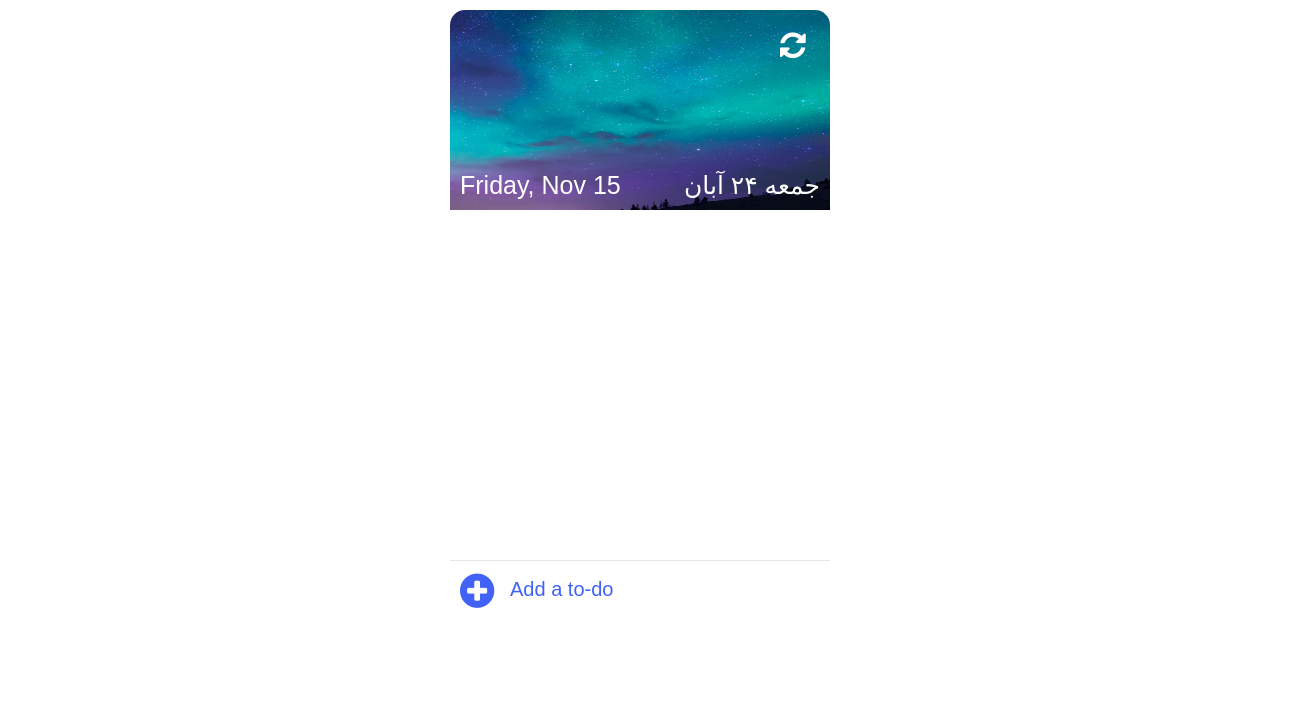
Repository: abouzarSoleymani/todo-js
Page: index.html
An editor plug-in stored every save of this project. The page is shown before and after the next save, followed by the edit.
The browser window is 1280 px wide. The page is 1280 px wide, then 1300 px, so the pictures cover 1300 px, including what lies to the right of the window. The pictures show the whole page.

Above is the page before, as saved 2019-11-15 13:46:00.

### index.html
<!-- CODE EXPLAINED CHANNEL -->
<!DOCTYPE html>
<html lang="en">
<head>
    <meta charset="UTF-8">
    <title>JavaScript - To Do List</title>
    <link href="https://fonts.googleapis.com/css?family=Roboto|Signika&display=swap" rel="stylesheet">
        <link rel="stylesheet" href="css/font-awesome.css">
    <link rel="stylesheet" href="css/style.css">
</head>
<body>
    <div class="container">
        <div class="header">
            <div class="clear">
                <i class="fa fa-refresh"></i>
            </div>
            <div id="date"></div>
            <div id="date-fa"></div>
        </div>
        <div class="content">
            <ul id="list">
               <!--
                <li class="item">
                    <i class="fa fa-circle-thin co" job="complete" id="0"></i>
                    <p class="text">Drink Coffee</p>
                    <i class="fa fa-trash-o de" job="delete" id="0"></i>
                </li> -->
            </ul>
        </div>
        <div class="add-to-do">
            <i class="fa fa-plus-circle"></i>
            <input type="text" id="input" placeholder="Add a to-do">
        </div>
    </div>
    <script src="js/app.js"></script>
</body>
</html>

### css/style.css
/* ------------ youtube.com/CodeExplained ------------ */
body{
    padding: 0;
    margin: 0;
    background-color: rgba(255, 255, 255, 0.1);
    font-family: 'Roboto', sans-serif;
    height: 100vh;
}

/* ------------ container ------------ */
.container{
    padding:10px;
    width:380px;
    margin:0 auto;
}

/* ------------ header ------------ */
.header{
    width: 380px;
    height:200px;
    background-image: url('../img/bg2.jpg');
    background-size: 100% 200%;
    background-repeat: no-repeat;
    border-radius: 15px 15px 0 0;
    position: relative;
}
.clear{
    width : 30px;
    height: 30px;
    position: absolute;
    right:20px;
    top: 20px;
}
.clear i{
    font-size: 30px;
    color: #FFF;
}
.clear i:hover{
    cursor: pointer;
    text-shadow: 1px 3px 5px #000;
    transform: rotate(45deg);
}
#date{
    position: absolute;
    bottom: 10px;
    left: 10px;
    color: #FFF;
    font-size: 25px;
    font-family: 'Titillium Web', sans-serif;
}
#date-fa{
    position: absolute;
    bottom: 10px;
    right: 10px;
    color: #FFF;
    font-size: 25px;
    font-family: 'Titillium Web', sans-serif;
}

/* ------------ content ------------ */
.content{
    width:380px;
    height: 350px;
    max-height:350px;
    background-color: #FFF;
    overflow: auto;
}
.content::-webkit-scrollbar {
    display: none;
}
.content ul{
    padding:0;
    margin:0;
}
.item{
    width:380px;
    height: 45px;
    min-height: 45px;
    position: relative;
    border-bottom: 1px solid rgba(0,0,0,0.1);
    list-style: none;
    padding: 0;
    margin: 0;
}
.item i.co{
    position: absolute;
    font-size: 25px;
    padding-left:5px;
    left:15px;
    top:10px;
}
.item i.co:hover{
    cursor: pointer;
}
.fa-check-circle{
    color:#6eb200;
}
.item p.text{
    position: absolute;
    padding:0;
    margin:0;
    font-size: 20px;
    left:50px;
    top:5px;
    background-color: #FFF;
    max-width:285px;
}
.lineThrough{
    text-decoration: line-through;
    color : #ccc;
}
.item i.de{
    position: absolute;
    font-size: 25px;
    right:15px;
    top:10px;
}
.item i.de:hover{
    color:#af0000;
    cursor: pointer;
}
/* ------------ add item ------------ */
.add-to-do{
    position: relative;
    width: 360px;
    height:40px;
    background-color: #FFF;
    padding: 10px;
    border-top: 1px solid rgba(0,0,0,0.1);
}
.add-to-do i{
    position: absolute;
    font-size: 40px;
    color: #4162f6;
}

.add-to-do input{
    position: absolute;
    left: 50px;
    height: 35px;
    width: 310px;
    background-color: transparent;
    border: none;
    font-size: 20px;
    padding-left:10px;
}
.add-to-do input::-webkit-input-placeholder { /* Chrome/Opera/Safari */
    color: #4162f6;
    font-family: 'Titillium Web', sans-serif;
    font-size: 20px;
}
.add-to-do input::-moz-placeholder { /* Firefox 19+ */
    color: #4162f6;
    font-family: 'Titillium Web', sans-serif;
    font-size: 20px;
}
.add-to-do input:-ms-input-placeholder { /* IE 10+ */
    color: #4162f6;
    font-family: 'Titillium Web', sans-serif;
    font-size: 20px;
}
.add-to-do input:-moz-placeholder { /* Firefox 18- */
    color: #4162f6;
    font-family: 'Titillium Web', sans-serif;
    font-size: 20px;
}

### js/app.js
// CODE EXPLAINED channel

// Select the Elements
const clear = document.querySelector(".clear");
const dateElementEN = document.getElementById("date");
const dateElementFA = document.getElementById("date-fa");
const list = document.getElementById("list");
const input = document.getElementById("input");

// Classes names
const CHECK = "fa-check-circle";
const UNCHECK = "fa-circle-thin";
const LINE_THROUGH = "lineThrough";

// Variables
let LIST, id;

// get item from localstorage
let data = localStorage.getItem("TODO");

// check if data is not empty
if(data){
    LIST = JSON.parse(data);
    id = LIST.length; // set the id to the last one in the list
    loadList(LIST); // load the list to the user interface
}else{
    // if data isn't empty
    LIST = [];
    id = 0;
}

// load items to the user's interface
function loadList(array){
    array.forEach(function(item){
        addToDo(item.name, item.id, item.done, item.trash);
    });
}

// clear the local storage
clear.addEventListener("click", function(){
    localStorage.clear();
    location.reload();
});

// Show todays date
const optionsEN = {weekday : "long", month:"short", day:"numeric"};
const optionsFA = { weekday : "long", month:"short", day:"numeric"};
const today = new Date();

dateElementEN.innerHTML = today.toLocaleDateString("en-US", optionsEN);
dateElementFA.innerHTML = today.toLocaleDateString("fa", optionsFA);

// add to do function

function addToDo(toDo, id, done, trash){

    if(trash){ return; }

    const DONE = done ? CHECK : UNCHECK;
    const LINE = done ? LINE_THROUGH : "";

    const item = `<li class="item">
                    <i class="fa ${DONE} co" job="complete" id="${id}"></i>
                    <p class="text ${LINE}">${toDo}</p>
                    <i class="fa fa-trash-o de" job="delete" id="${id}"></i>
                  </li>
                `;

    const position = "beforeend";

    list.insertAdjacentHTML(position, item);
}

// add an item to the list user the enter key
document.addEventListener("keyup",function(even){
    if(event.keyCode == 13){
        const toDo = input.value;

        // if the input isn't empty
        if(toDo){
            addToDo(toDo, id, false, false);

            LIST.push({
                name : toDo,
                id : id,
                done : false,
                trash : false
            });

            // add item to localstorage ( this code must be added where the LIST array is updated)
            localStorage.setItem("TODO", JSON.stringify(LIST));

            id++;
        }
        input.value = "";
    }
});


// complete to do
function completeToDo(element){
    element.classList.toggle(CHECK);
    element.classList.toggle(UNCHECK);
    element.parentNode.querySelector(".text").classList.toggle(LINE_THROUGH);

    LIST[element.id].done = LIST[element.id].done ? false : true;
}

// remove to do
function removeToDo(element){
    element.parentNode.parentNode.removeChild(element.parentNode);

    LIST[element.id].trash = true;
}

// target the items created dynamically

list.addEventListener("click", function(event){
    const element = event.target; // return the clicked element inside list
    const elementJob = element.attributes.job.value; // complete or delete

    if(elementJob == "complete"){
        completeToDo(element);
    }else if(elementJob == "delete"){
        removeToDo(element);
    }

    // add item to localstorage ( this code must be added where the LIST array is updated)
    localStorage.setItem("TODO", JSON.stringify(LIST));
});

Loaded but not shown: css/font-awesome.css (library)

After the next save:
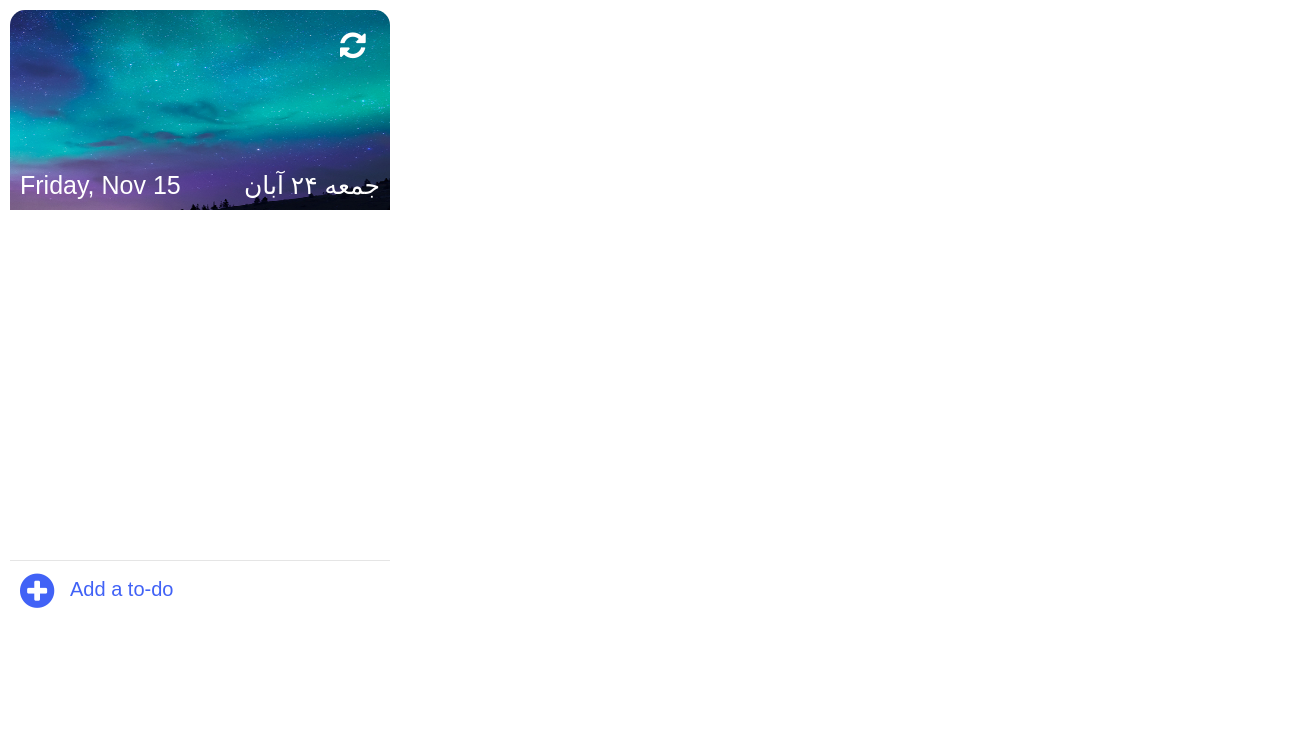
Saved 26 s later.
--- a/css/style.css
+++ b/css/style.css
@@ -10,7 +10,8 @@ body{
 /* ------------ container ------------ */
 .container{
     padding:10px;
-    width:380px;
+    width:100%;
+    height:100%;
     margin:0 auto;
 }
 
